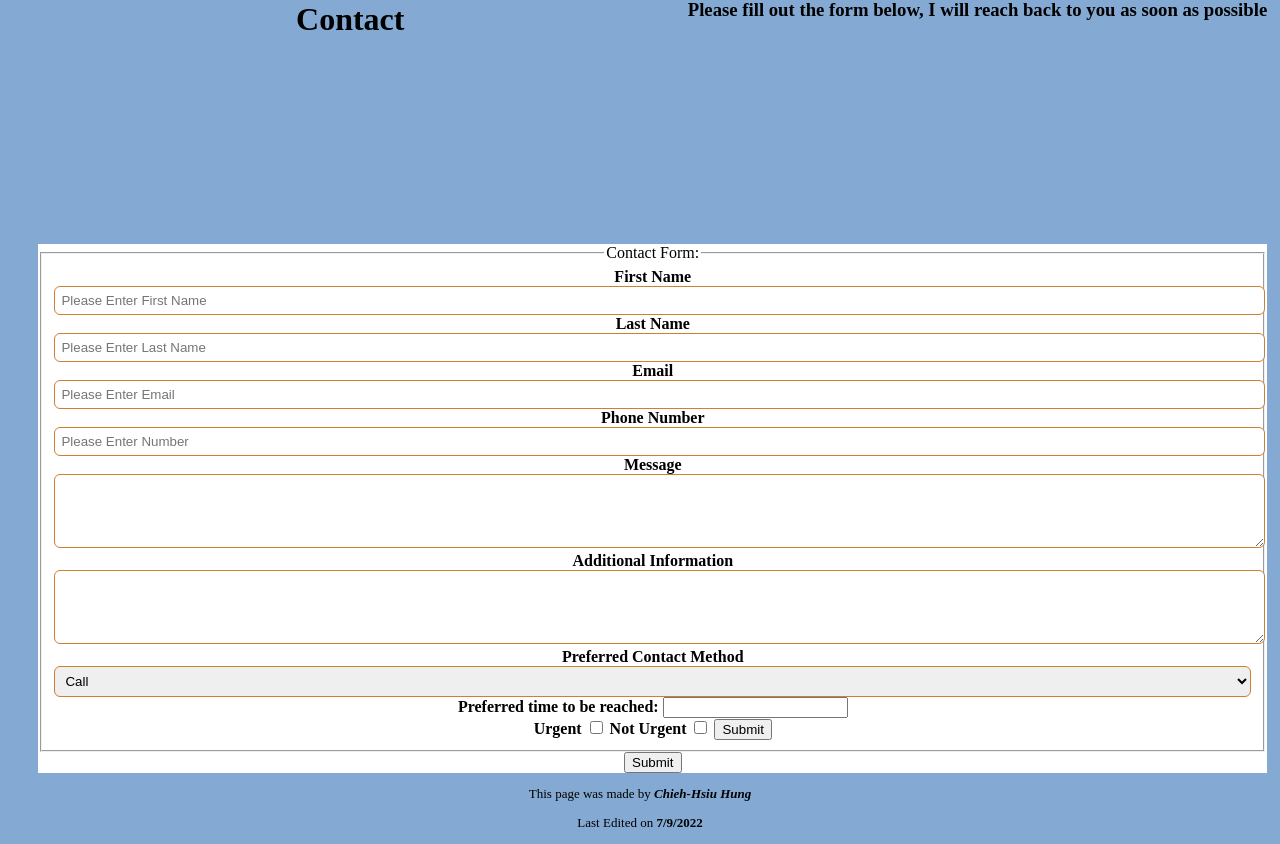
Repository: Chieh0501/fa22-cse110-lab3
Page: contacts.html
The author's editor kept a copy of each file at every save. The page is drawn from the files as they stood at one save, then again after the next save.
The browser window is 1280 px wide. The pictures show the part of the page from y = 828 to 1672 px (the page is 1672 px tall before and 1524 px after).
A picture or video elsewhere on the page could not be fetched, so the positions and the page height are approximate.

Above is the page before, as saved 2022-10-13 04:39:29.

After the next save:
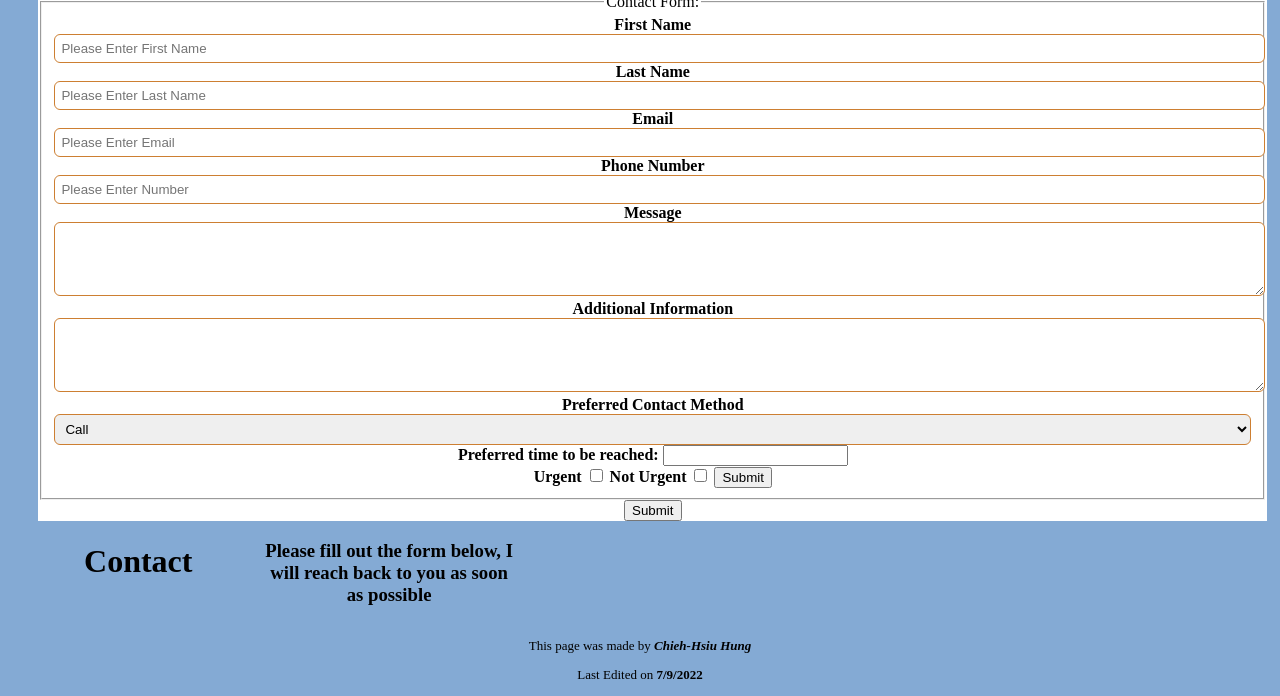
Saved 61 s later.
--- a/styles/main.css
+++ b/styles/main.css
@@ -178,12 +178,19 @@
 }
 
 /****** Contact Form *******/
+.contact_main{
+  display:grid;
+  margin: 1vw;
+  grid-template-columns: repeat(5, 1fr);
+  grid-template-rows: repeat(1, 1fr);
+  text-align: center;
+}
 .contactform{
   position: relative;
-  grid-row: 2 / span 6;
+  grid-row: 1;
   background-color: var(--secondary-color);
   margin-left: 2vw;
-  grid-column: 1 / span 2;
+  grid-column: 2 / span 3;
   height: auto;
 }
 .contactform label{
